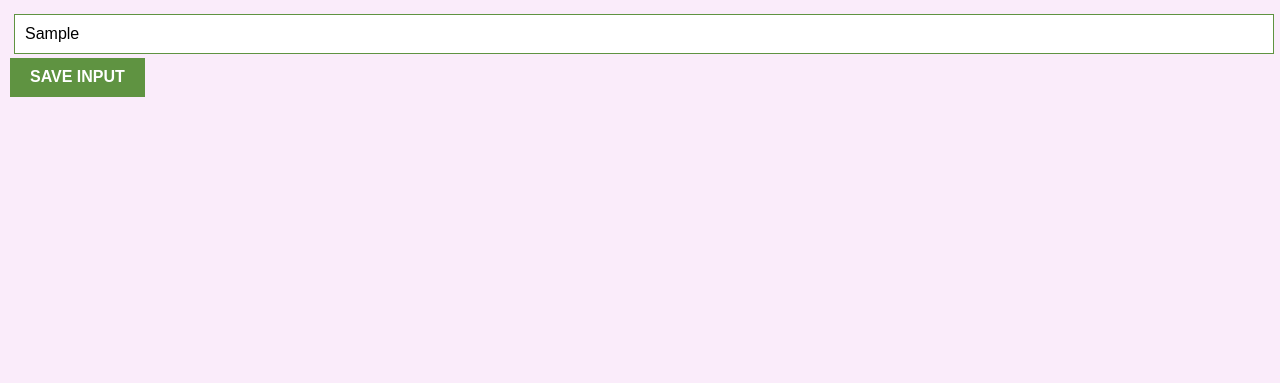
Repository: jt010051/chromeExtension
Page: index.html
These files come from the project's save history. The page is drawn as it stood at one moment and after a run of saves; the edit follows.
The browser window is 1280 px wide. The pictures show the whole page.
Empty fields were first filled with sample values (such as "Sample", 5 or name@example.com).
After loading, the first visible `#input-btn` was clicked once.

Above is the page before, as saved 2022-02-28 06:49:33.
Console error: TypeError: myLeads.push is not a function

After the next 2 saves:
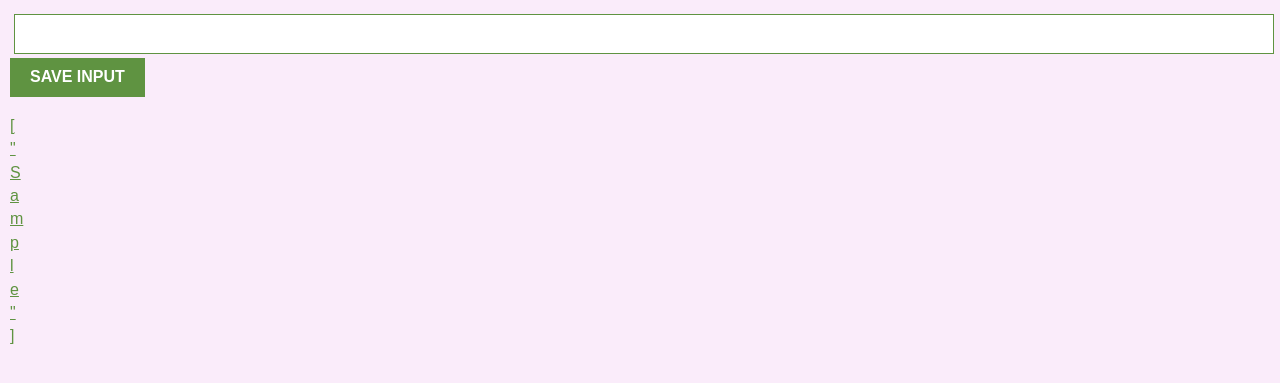
The error is gone.
The 2 saves are shown as one change because they came seconds apart.
The last was saved 53 s later.
--- a/index.js
+++ b/index.js
@@ -9,10 +9,11 @@ const ulEl = document.getElementById("ul-el")
 
 
 inputBtn.addEventListener("click", function(){
-    myLeads = JSON.stringify(myLeads);
-    localStorage.getItem(myLeads)
+
 myLeads.push(inputEl.value)
 inputEl.value = ""
+myLeads = JSON.stringify(myLeads);
+    localStorage.getItem(myLeads)
 renderLeads()
 console.log(typeof myLeads)
 })
